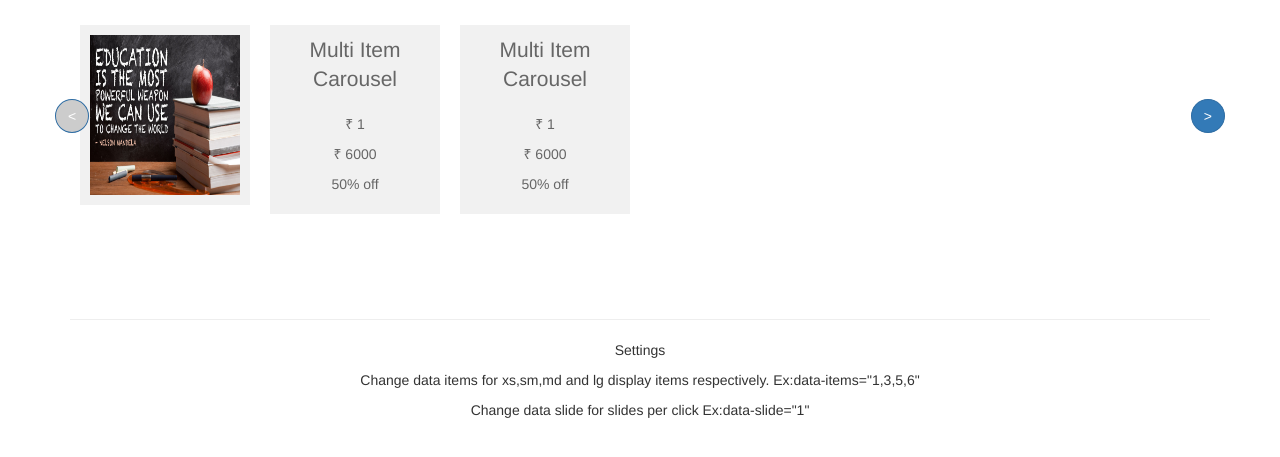
Repository: isranivishal/TsecCodestorm
Page: slider.html
These files come from the project's save history. The page is drawn as it stood at one moment and after the next save; the edit follows.
The browser window is 1280 px wide. The pictures show the whole page.
Some web libraries are served in a nearby version.

Above is the page before, as saved 2018-09-21 18:47:10.

After the next save:
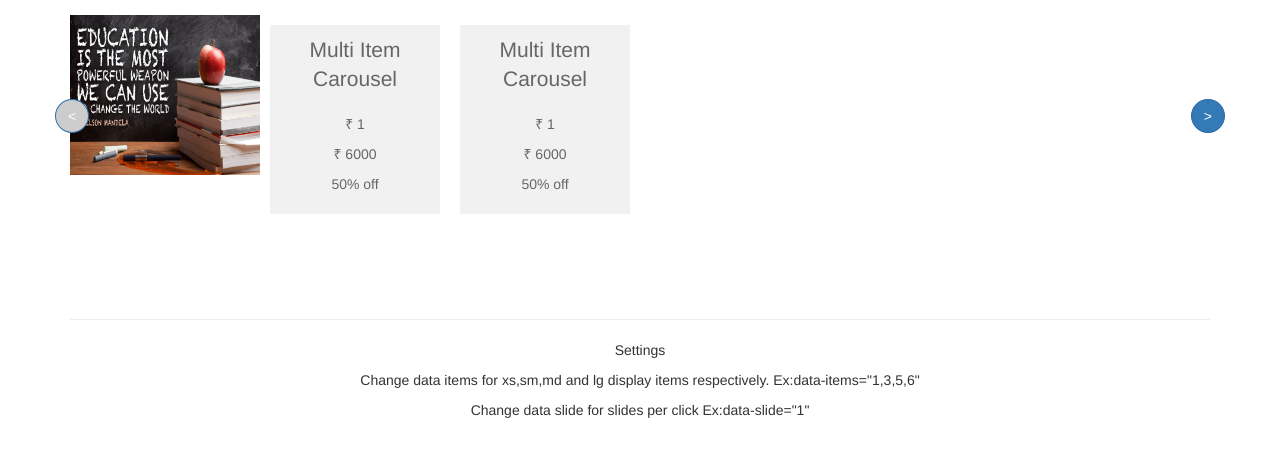
Saved 76 s later.
--- a/slider.html
+++ b/slider.html
@@ -140,13 +140,13 @@
                         <div class="MultiCarousel" data-items="1,3,5,6" data-slide="1" id="MultiCarousel"  data-interval="1000">
                             <div class="MultiCarousel-inner">
                                 <div class="item">
-                                    <div class="pad15">
+                                   <!-- <div class="pad15">-->
                                         <!--<div class="thumbnail"> -->
                                             <a href="california.jpg">
                                                 <img src="education.jpg" alt="California" style="width:100%;height:160px;">
                                             </a>
                                        <!-- </div> -->
-                                    </div>
+                                    <!--</div>-->
                                 </div>
 
                                 <div class="item">
